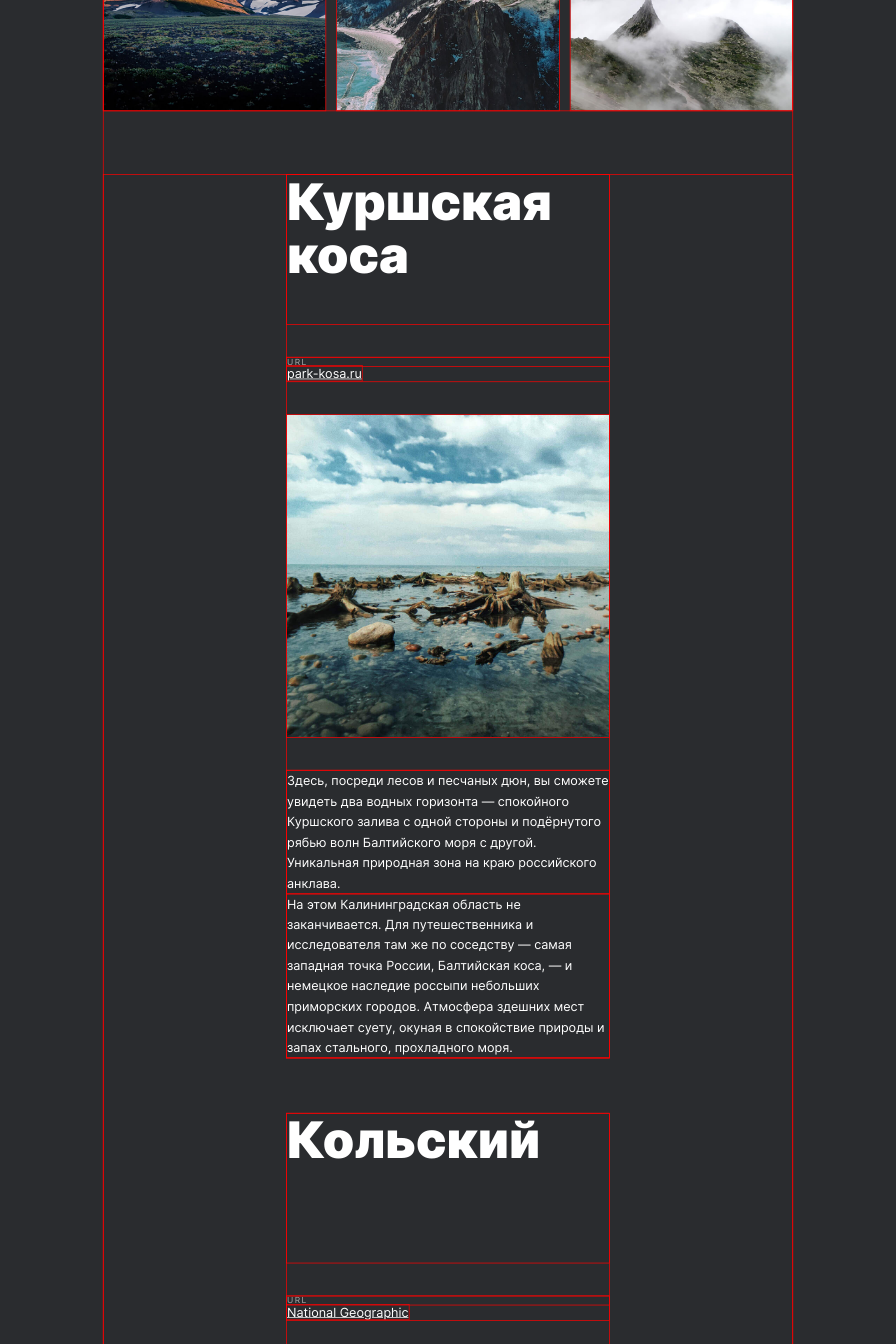
Repository: 89373611988/russia-travel
Page: index.html
These files come from the project's save history. The page is drawn as it stood at one moment and after a run of saves; the edit follows.
The browser window is 1280 px wide. The pictures show the part of the page from y = 2597 to 4517 px (the page is 10295 px tall before and 8973 px after), at 70% of full size.

Above is the page before, as saved 2021-12-22 21:01:17.

After the next 2 saves:
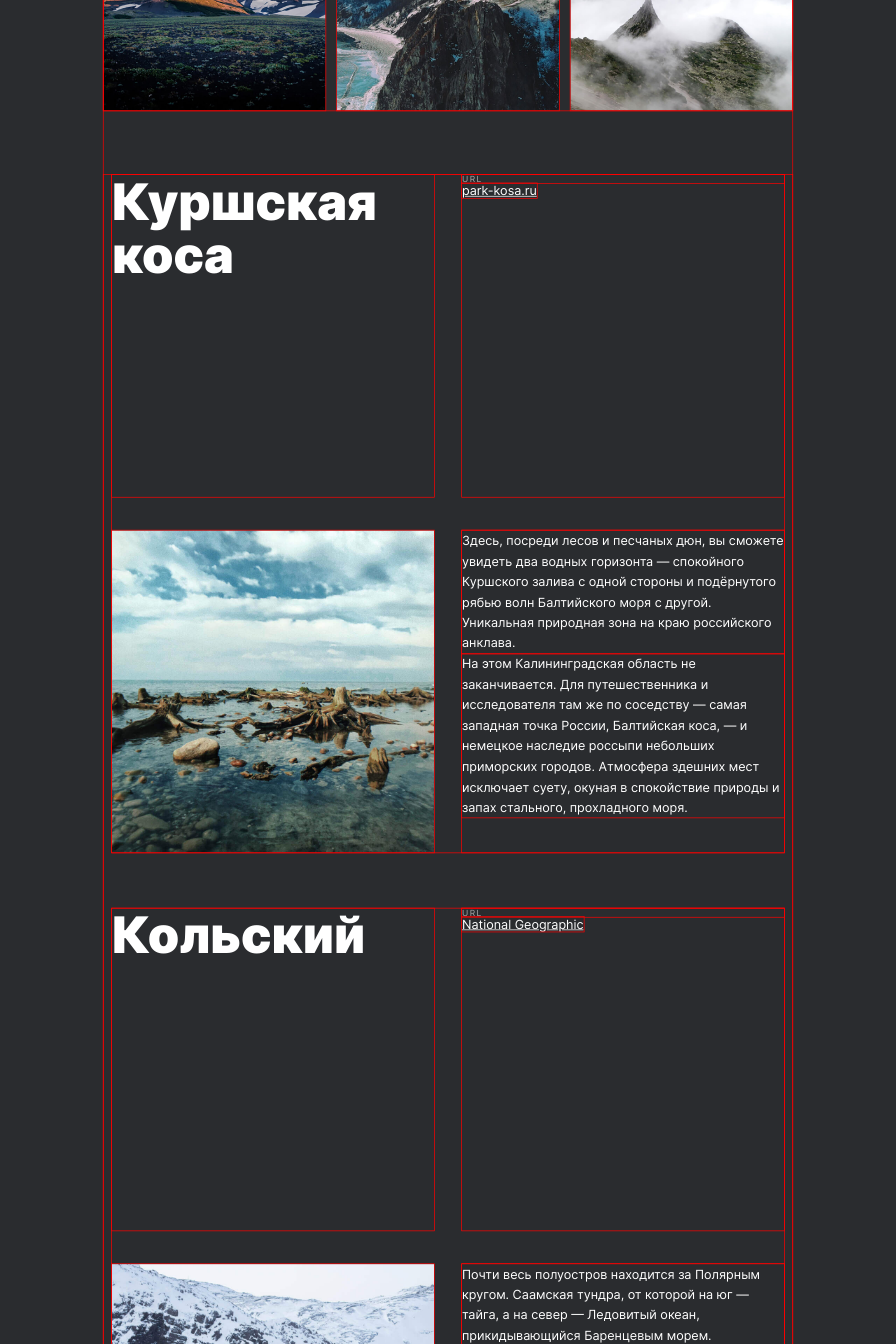
The 2 saves are shown as one change because they came seconds apart.
The last was saved 8 s later.
--- a/blocks/place/place.css
+++ b/blocks/place/place.css
@@ -1,8 +1,8 @@
 .place {
   display: grid;
   justify-content: center;
-  grid-template-columns: repeat(auto-fit, minmax(288px, 460px));
-  grid-template-rows: repeat(auto-fit, minmax(213px, 1fr));
+  grid-template-columns: repeat(2, minmax(288px, 460px));
+  grid-template-rows: repeat(2, minmax(213px, 1fr));
   grid-column-gap: 40px;
   grid-row-gap: 48px;
   margin-bottom: 80px;
